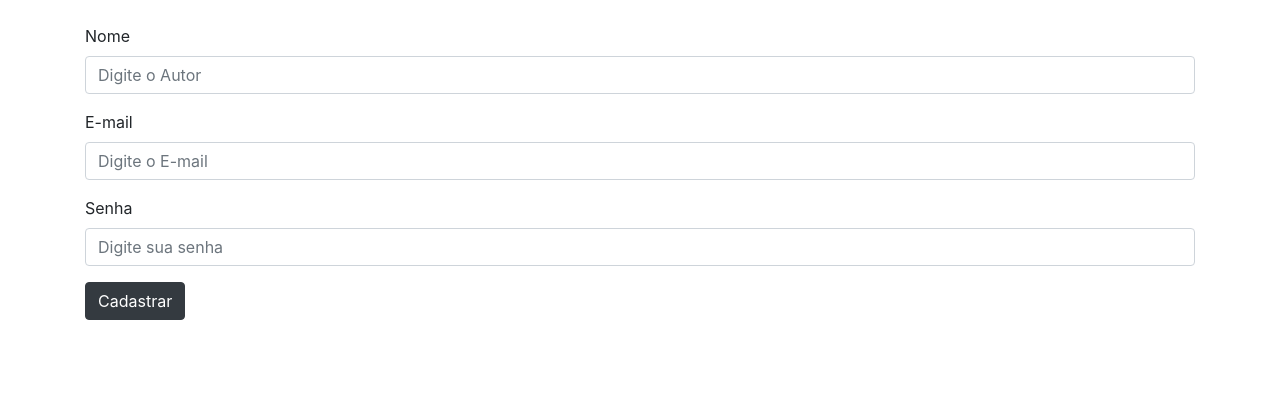
Repository: wellersonfc/simple-crud-react
Page: /
These files come from the project's save history. The page is drawn as it stood at one moment and after the next save; the edit follows.
The browser window is 1280 px wide. The pictures show the whole page.
The project was rebuilt for these pictures with package versions that can differ from the ones it lists, and the page was loaded fresh each time.

Above is the page before, as saved 2019-09-22 15:56:05.

After the next save:
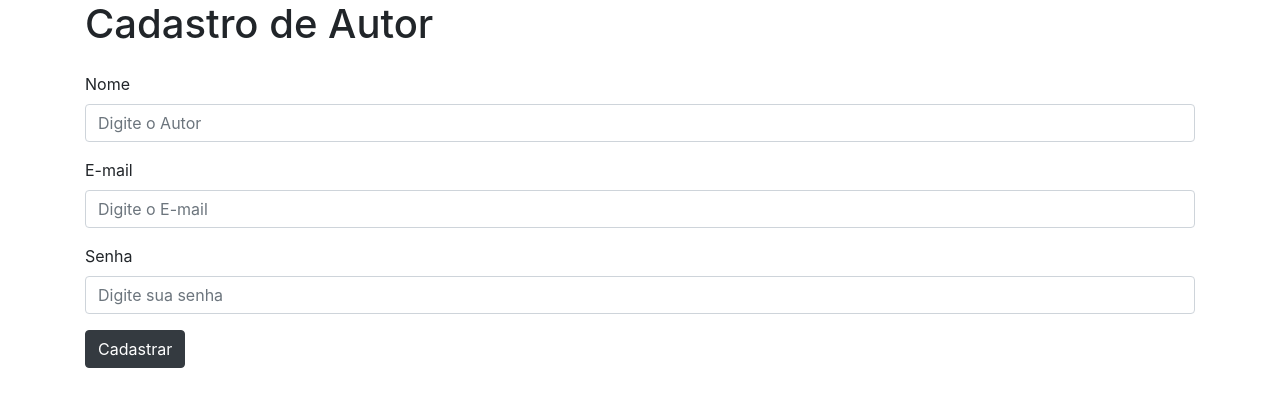
Saved 10 s later.
--- a/src/App.js
+++ b/src/App.js
@@ -12,7 +12,7 @@ class App extends Component {
   render(){
     return(
       <div class="container">
-        <h1></h1>
+        <h1>Cadastro de Autor</h1>
         <div className="form-autor pt-3">
           <form>
             <div class="form-group">
